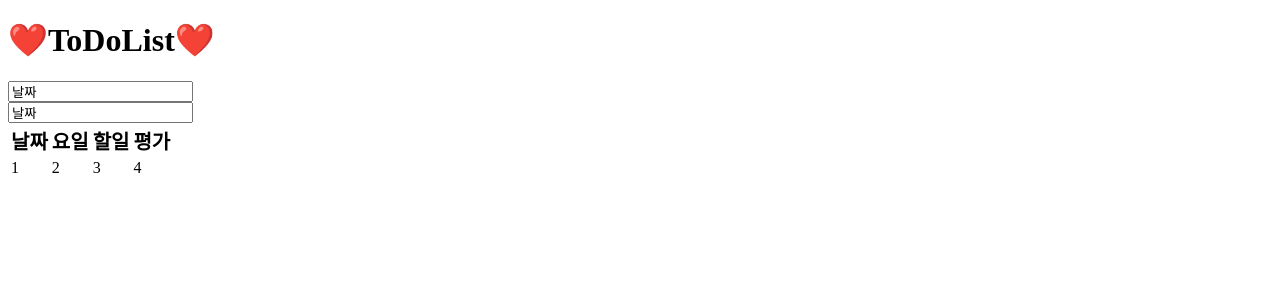
Repository: Flower-Deer/Mybatis_Practice_TodoList
Page: http://localhost/ToDoList/test.jsp
The author's editor kept a copy of each file at every save. The page is drawn from the files as they stood at one save, then again after the next save.
The browser window is 1280 px wide. The pictures show the whole page.
The page is served by Tomcat 9.

Above is the page before, as saved 2023-03-18 06:07:04.

After the next save:
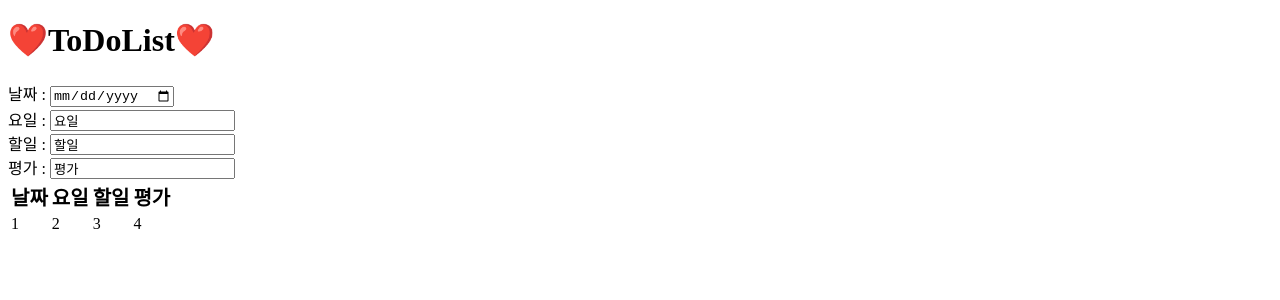
Saved 2 min 2 s later.
--- a/ToDoList/src/main/webapp/test.jsp
+++ b/ToDoList/src/main/webapp/test.jsp
@@ -9,8 +9,10 @@
 <body>
 <h1>❤️ToDoList❤️</h1>
 <form>
-	<input type="text" value="날짜"> <br/>
-	<input type="text" value="날짜">
+	날짜 : <input type="date"> <br/>
+	요일 : <input type="text" value="요일"> <br/>
+	할일 : <input type="text" value="할일"> <br/>
+	평가 : <input type="text" value="평가"> <br/>
 </form>
 <table>
 	<thead style="font-size: 20px;">
